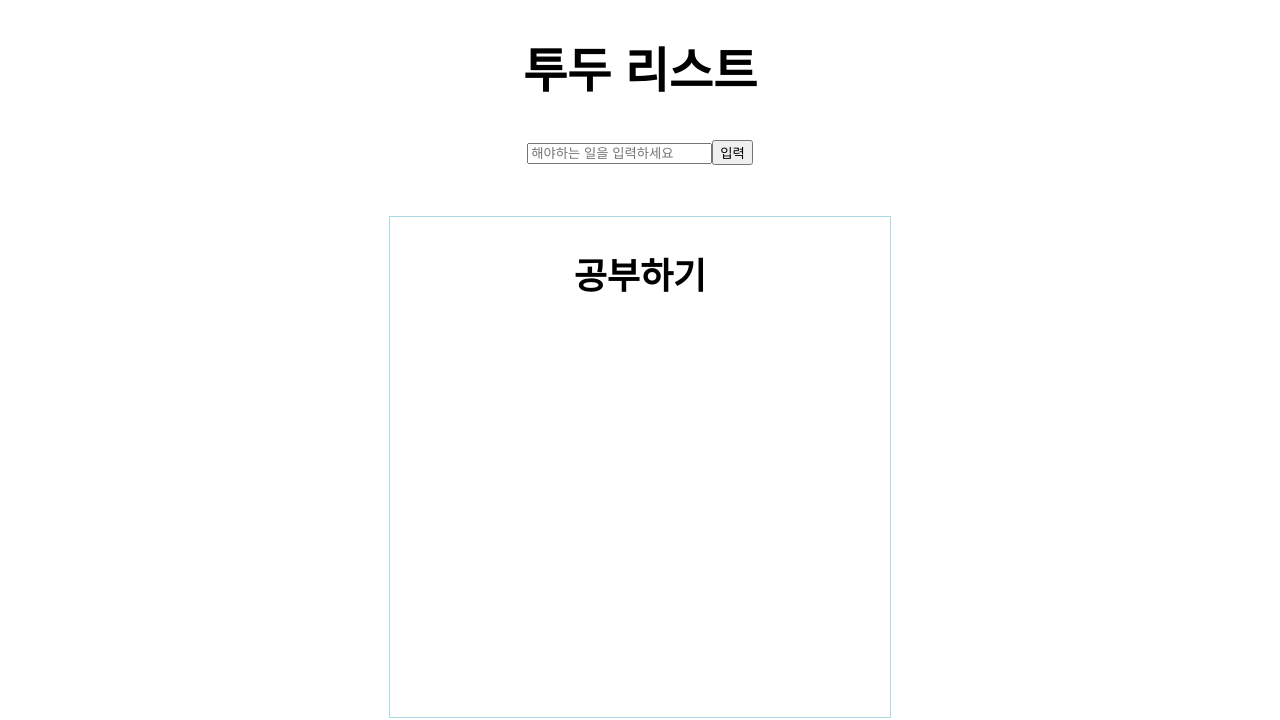
Repository: jun01270/Todo-List_React
Page: /
An editor plug-in stored every save of this project. The page is shown before and after the next save, followed by the edit.
The browser window is 1280 px wide. The pictures show the whole page.
The project was rebuilt for these pictures with package versions that can differ from the ones it lists, and the page was loaded fresh each time.

Above is the page before, as saved 2023-01-02 13:54:03.

### public/index.html
<!DOCTYPE html>
<html lang="en">
  <head>
    <meta charset="utf-8" />
    <link rel="preconnect" href="https://fonts.googleapis.com" />
    <link rel="preconnect" href="https://fonts.gstatic.com" crossorigin />
    <link
      href="https://fonts.googleapis.com/css2?family=Nanum+Pen+Script&display=swap"
      rel="stylesheet"
    />
    <meta name="viewport" content="width=device-width, initial-scale=1" />
    <meta name="theme-color" content="#000000" />
    <meta
      name="description"
      content="Web site created using create-react-app"
    />
    <link rel="apple-touch-icon" href="%PUBLIC_URL%/logo192.png" />
    <!--
      manifest.json provides metadata used when your web app is installed on a
      user's mobile device or desktop. See https://developers.google.com/web/fundamentals/web-app-manifest/
    -->
    <link rel="manifest" href="%PUBLIC_URL%/manifest.json" />
    <!--
      Notice the use of %PUBLIC_URL% in the tags above.
      It will be replaced with the URL of the `public` folder during the build.
      Only files inside the `public` folder can be referenced from the HTML.

      Unlike "/favicon.ico" or "favicon.ico", "%PUBLIC_URL%/favicon.ico" will
      work correctly both with client-side routing and a non-root public URL.
      Learn how to configure a non-root public URL by running `npm run build`.
    -->
    <title>React App</title>
  </head>
  <body>
    <noscript>You need to enable JavaScript to run this app.</noscript>
    <div id="root"></div>
    <!--
      This HTML file is a template.
      If you open it directly in the browser, you will see an empty page.

      You can add webfonts, meta tags, or analytics to this file.
      The build step will place the bundled scripts into the <body> tag.

      To begin the development, run `npm start` or `yarn start`.
      To create a production bundle, use `npm run build` or `yarn build`.
    -->
  </body>
</html>

### src/App.js
import "./App.css";
import Todo from "./todo";

function App() {
  return (
    <div className="todo">
      <Todo />
    </div>
  );
}

export default App;

### src/App.css
.todo {
  font-family: "Nanum Pen Script", cursive;
  font-size: x-large;
  display: flex;
  justify-content: center;
  text-align: center;
}

.todo-Form {
}

.todo-title {
}

.todo-items {
  margin-top: 50px;
  width: 500px;
  height: 500px;
  border: 1px solid lightblue;
}

### src/todo.js
import { useState } from "react";
import "./App.css";

function Todo() {
  const handleEvent = (event) => {
    setinputValue(event.target.value);
  };

  const [inputValue, setinputValue] = useState("");
  const [todoList, setTodoList] = useState([]);

  const addTodo = () => {
    console.log("I'm Todo", todoList);
    setTodoList(...todoList, inputValue);
  };

  return (
    <div id="todo">
      <h1 className="todo-title">투두 리스트</h1>
      <div className="todo-form">
        <div className="todo-input">
          <input
            type="text"
            placeholder="해야하는 일을 입력하세요"
            onChange={handleEvent}
            value={inputValue}
          ></input>
          <button onClick={addTodo}>입력</button>
        </div>
        <div className="todo-items">
          <h2>공부하기</h2>
        </div>
      </div>
    </div>
  );
}

export default Todo;

Loaded but not shown: src/index.js (common file); src/index.css (common file); src/reportWebVitals.js (common file)

After the next save:
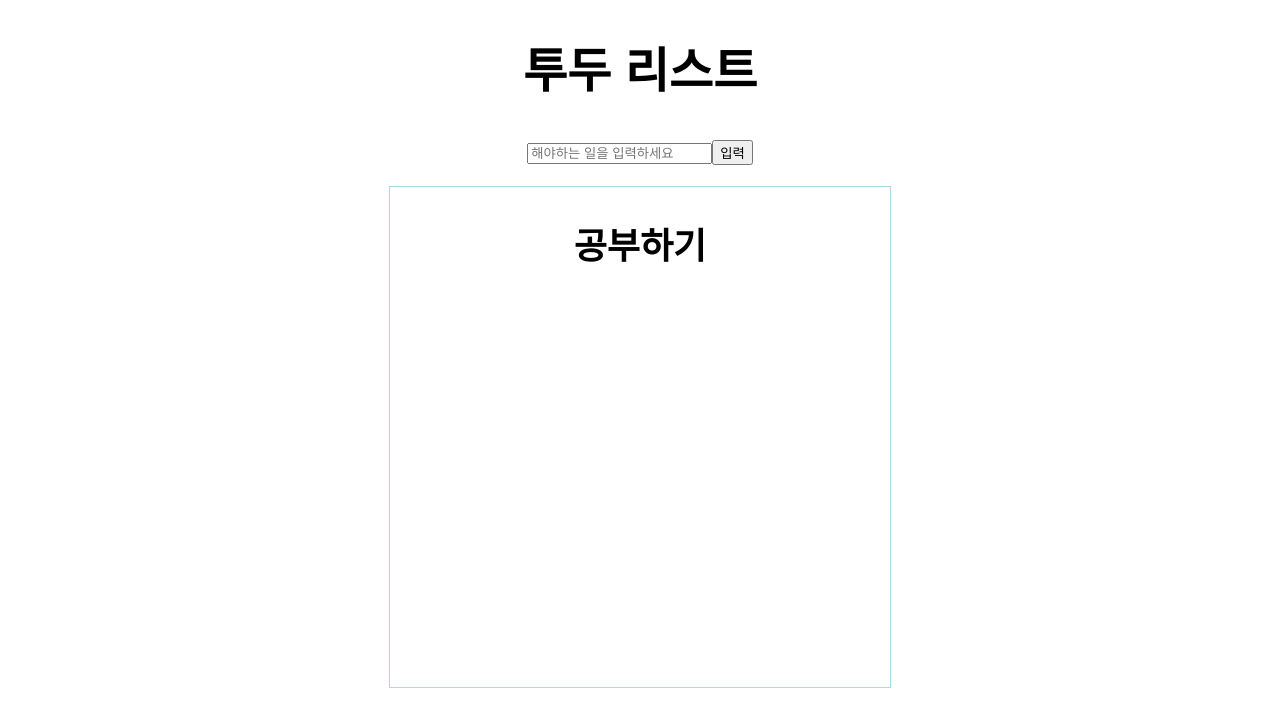
Saved 4 s later.
--- a/src/App.css
+++ b/src/App.css
@@ -13,7 +13,7 @@
 }
 
 .todo-items {
-  margin-top: 50px;
+  margin-top: 20px;
   width: 500px;
   height: 500px;
   border: 1px solid lightblue;
